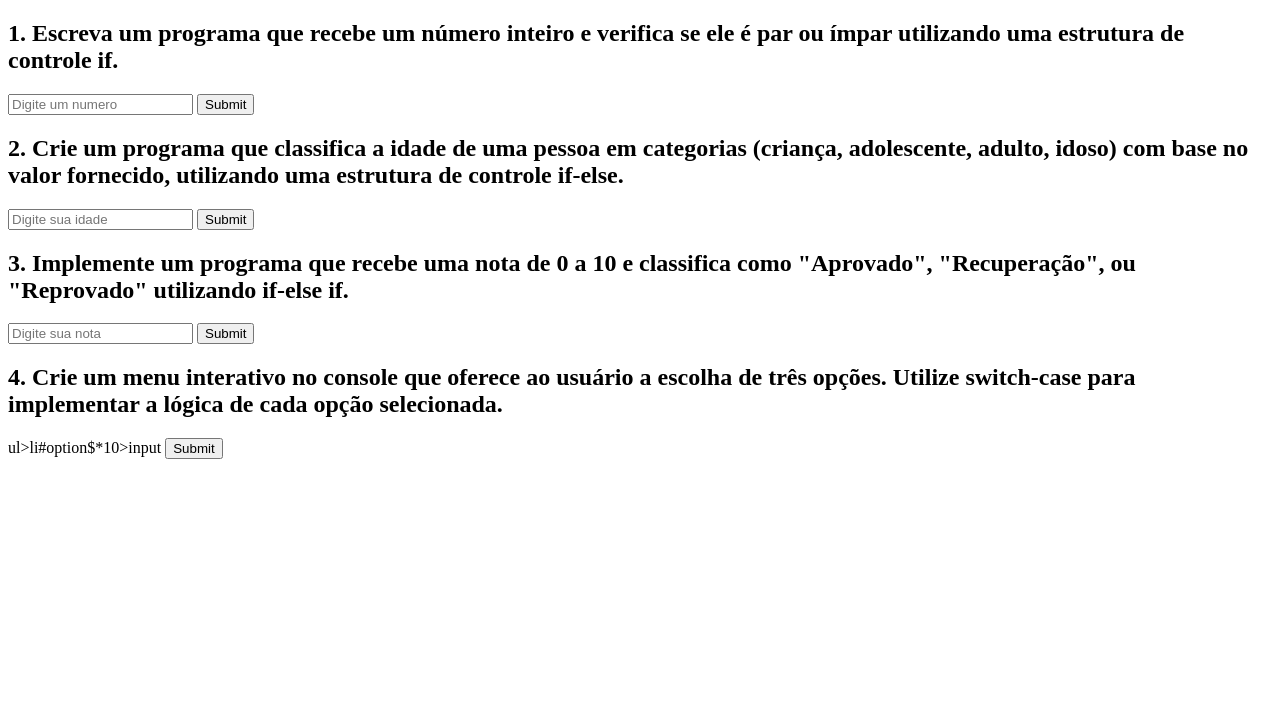
Repository: chidekina/prati-logica
Page: index.html
These files come from the project's save history. The page is drawn as it stood at one moment and after a run of saves; the edit follows.
The browser window is 1280 px wide. The pictures show the whole page.

Above is the page before, as saved 2025-04-29 14:26:47.

After the next 2 saves:
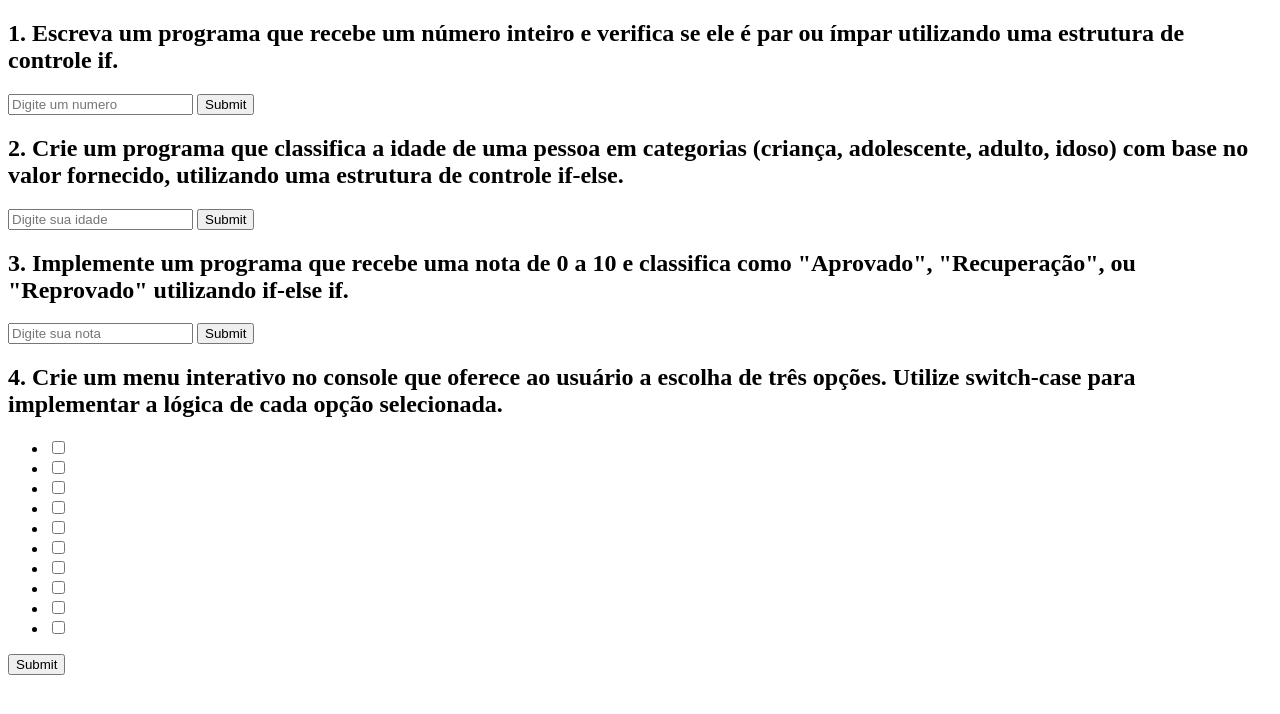
The 2 saves are shown as one change because they came seconds apart.
The last was saved 9 s later.
--- a/index.html
+++ b/index.html
@@ -47,7 +47,18 @@ controle if-else.
 Utilize switch-case para implementar a lógica de cada opção selecionada.
     </h2>
     <div>
-        ul>li#option$*10>input
+        <ul>
+            <li id="option1"><input type="checkbox" name="" id=""></li>
+            <li id="option2"><input type="checkbox" name="" id=""></li>
+            <li id="option3"><input type="checkbox" name="" id=""></li>
+            <li id="option4"><input type="checkbox" name="" id=""></li>
+            <li id="option5"><input type="checkbox" name="" id=""></li>
+            <li id="option6"><input type="checkbox" name="" id=""></li>
+            <li id="option7"><input type="checkbox" name="" id=""></li>
+            <li id="option8"><input type="checkbox" name="" id=""></li>
+            <li id="option9"><input type="checkbox" name="" id=""></li>
+            <li id="option10"><input type="checkbox" name="" id=""></li>
+        </ul>
         <input type="submit" onclick="aprovacao()">
     </div>
     <h3 id="answer3"></h3>
